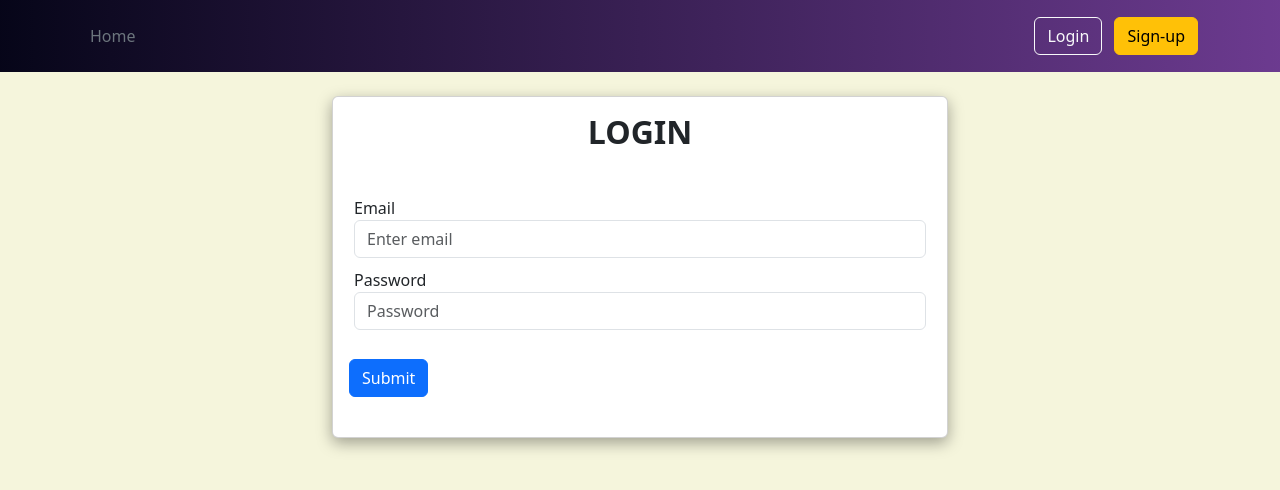
Repository: professorsourabh/php_membership
Page: http://localhost/MVC-Assignment/view/dashboard.php
These files come from the project's save history. The page is drawn as it stood at one moment and after the next save; the edit follows.
The browser window is 1280 px wide. The pictures show the whole page.
The page is run by PHP 8.4 with error messages shown; the project is at /var/www/html/.

Above is the page before, as saved 2023-07-08 18:46:40.

After the next save:
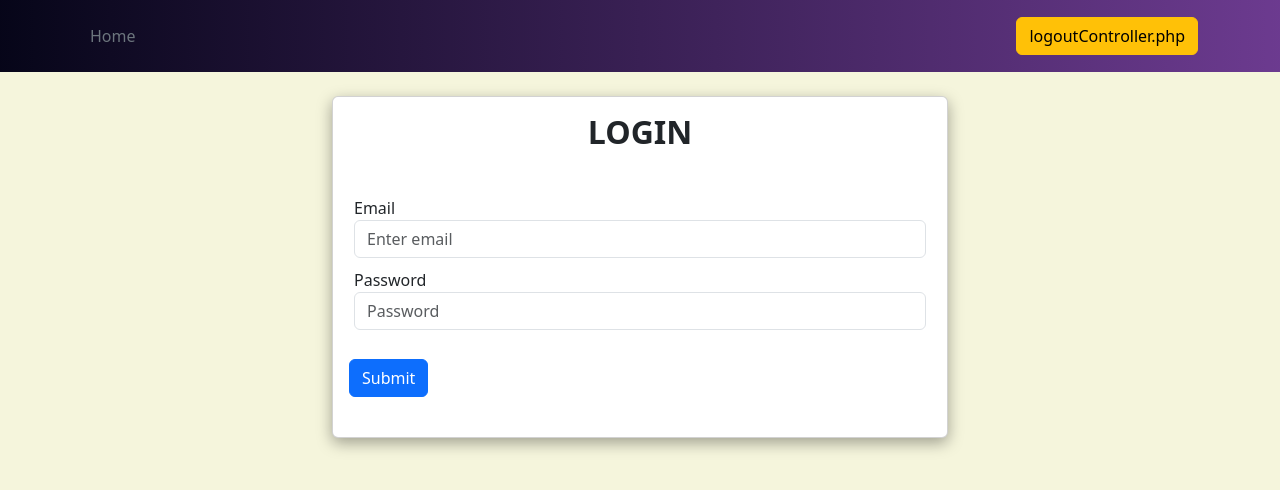
Saved 59 s later.
--- a/view/dashboard.php
+++ b/view/dashboard.php
@@ -21,8 +21,8 @@
 
 
             <div class="text-end">
-              <a type="button" class="btn btn-outline-light me-2" href="login.html">Login</a>
-              <a type="button" class="btn btn-warning" href="index.html">Sign-up</a>
+
+              <a type="button" class="btn btn-warning" href="index.html">logoutController.php</a>
             </div>
           </div>
         </div>
